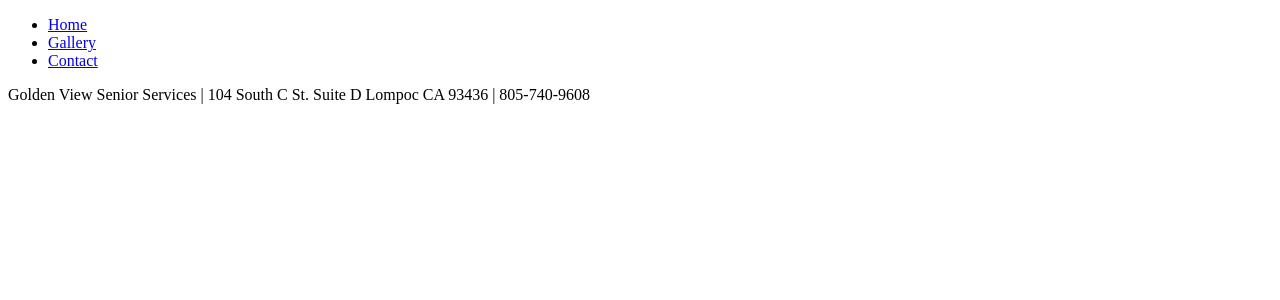
Repository: alprusa/GoldenViewWebsiteMockup
Page: GoldenViewWebsite/index.html
These files come from the project's save history. The page is drawn as it stood at one moment and after the next save; the edit follows.
The browser window is 1280 px wide. The pictures show the whole page.

Above is the page before, as saved 2016-07-01 00:09:17.

### GoldenViewWebsite/index.html
<!DOCTYPE html>
<html lang="en">
	<head>
		<meta charset="utf-8">

		<!-- Always force latest IE rendering engine (even in intranet) & Chrome Frame
		Remove this if you use the .htaccess -->
		<meta http-equiv="X-UA-Compatible" content="IE=edge,chrome=1">

		<title>Golden View Senior Services</title>
		<meta name="description" content="">
		<meta name="author" content="Alisa Prusa">

		<meta name="viewport" content="width=device-width; initial-scale=1.0">

		<!-- Replace favicon.ico & apple-touch-icon.png in the root of your domain and delete these references -->
		<link rel="shortcut icon" href="/favicon.ico">
		<link rel="apple-touch-icon" href="/apple-touch-icon.png">
	</head>

	<body>
		<div>
			<header class="header">
				<nav class="nav">
					<ul>
						<li class="nav-item"><a href="./">Home</a></li>
						<li class="nav-item"><a href="gallery/">Gallery</a></li>
						<li class="nav-item"><a href="contact/">Contact</a></li>
					</ul>
		     	</nav>
			</header>

			<footer>
				<p>
					Golden View Senior Services | 104 South C St. Suite D Lompoc CA 93436 | 805-740-9608
				</p>
			</footer>
		</div>
	</body>
</html>

After the next save:
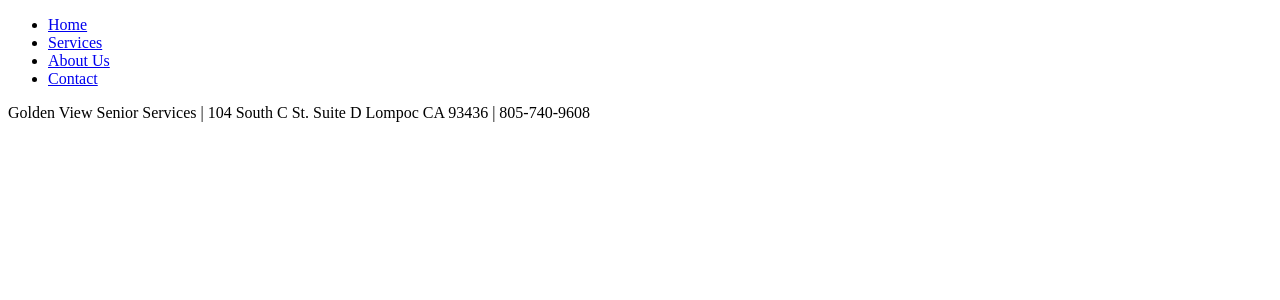
Saved 17 s later.
--- a/GoldenViewWebsite/index.html
+++ b/GoldenViewWebsite/index.html
@@ -24,7 +24,8 @@
 				<nav class="nav">
 					<ul>
 						<li class="nav-item"><a href="./">Home</a></li>
-						<li class="nav-item"><a href="gallery/">Gallery</a></li>
+						<li class="nav-item"><a href="services/">Services</a></li>
+						<li class="nav-item"><a href="about/">About Us</a></li>
 						<li class="nav-item"><a href="contact/">Contact</a></li>
 					</ul>
 		     	</nav>
